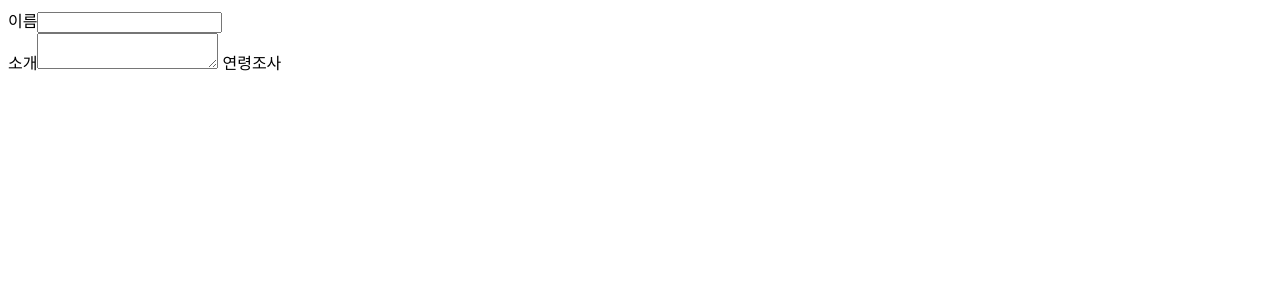
Repository: ryu1917/jsp
Page: http://localhost/jsp02/quiz/view.jsp
These files come from the project's save history. The page is drawn as it stood at one moment and after the next save; the edit follows.
The browser window is 1280 px wide. The pictures show the whole page.
The page is served by Tomcat 9.

Above is the page before, as saved 2021-04-21 10:30:48.

After the next save:
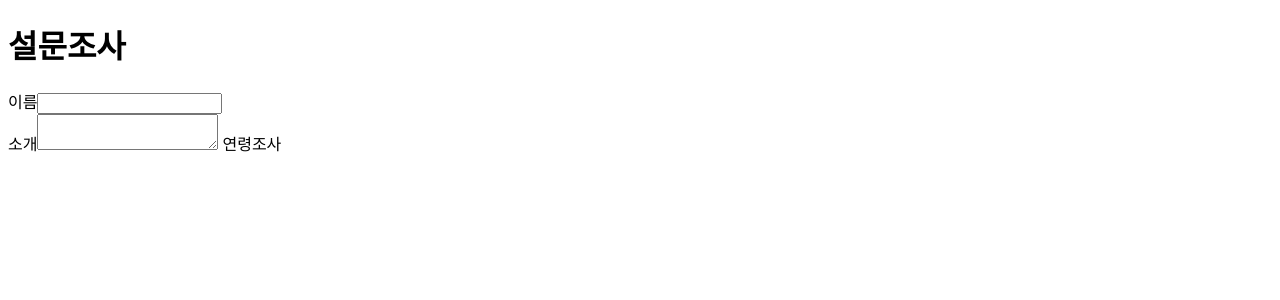
Saved 12 s later.
--- a/workspace/jsp02/src/main/webapp/quiz/view.jsp
+++ b/workspace/jsp02/src/main/webapp/quiz/view.jsp
@@ -7,6 +7,7 @@
 <title>Insert title here</title>
 </head>
 <body>
+<h1>설문조사</h1>
 <form action="view.jsp" method="post">
 이름<input type="text"><br>
 소개<textarea name="textarea"></textarea>
